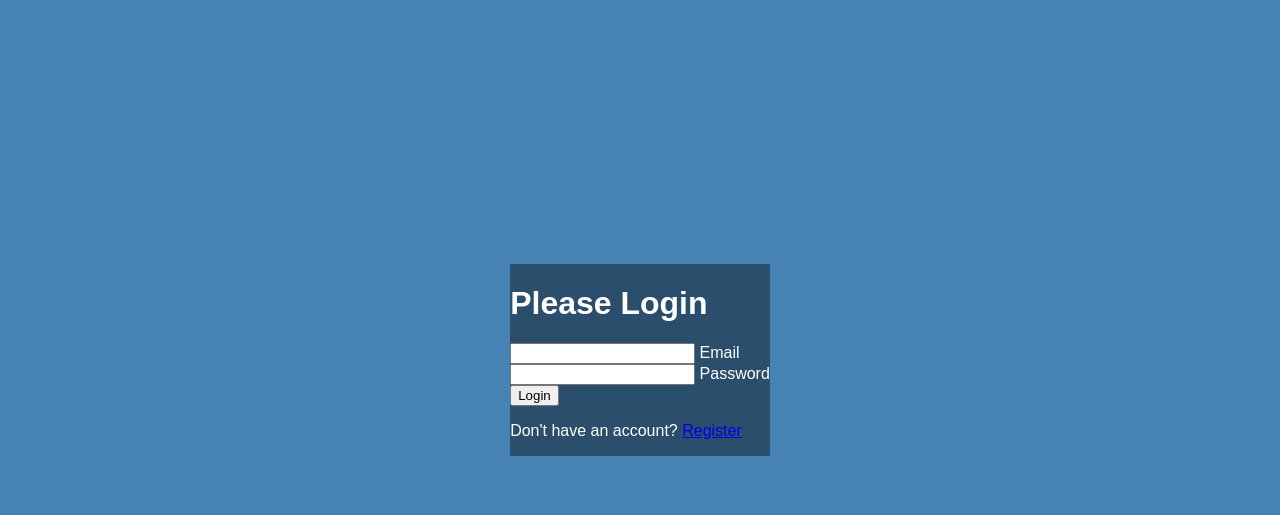
Repository: thecoachanna/form-animation
Page: index.html
These files come from the project's save history. The page is drawn as it stood at one moment and after a run of saves; the edit follows.
The browser window is 1280 px wide. The pictures show the whole page.
Some web fonts or font styles are not loaded; a fallback is used.

Above is the page before, as saved 2023-02-26 09:54:17.

After the next 6 saves:
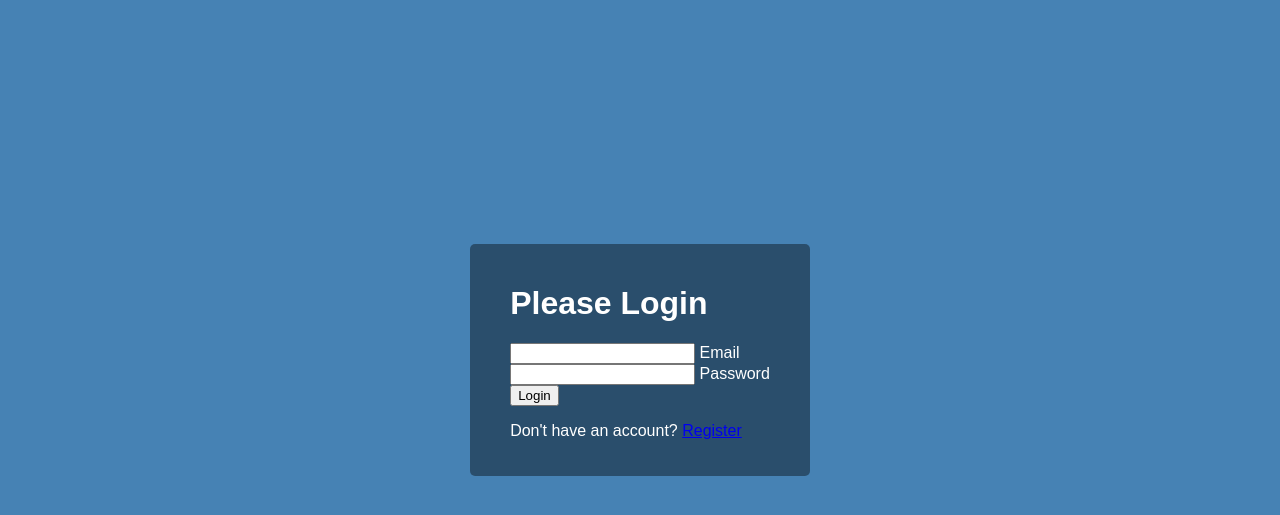
The 6 saves are shown as one change because they came seconds apart.
The last was saved 16 s later.
--- a/style.css
+++ b/style.css
@@ -20,4 +20,6 @@ body {
 
 .container {
     background-color: rgba(0,0,0,0.4);
+    padding: 20px 40px;
+    border-radius: 5px;
 }
